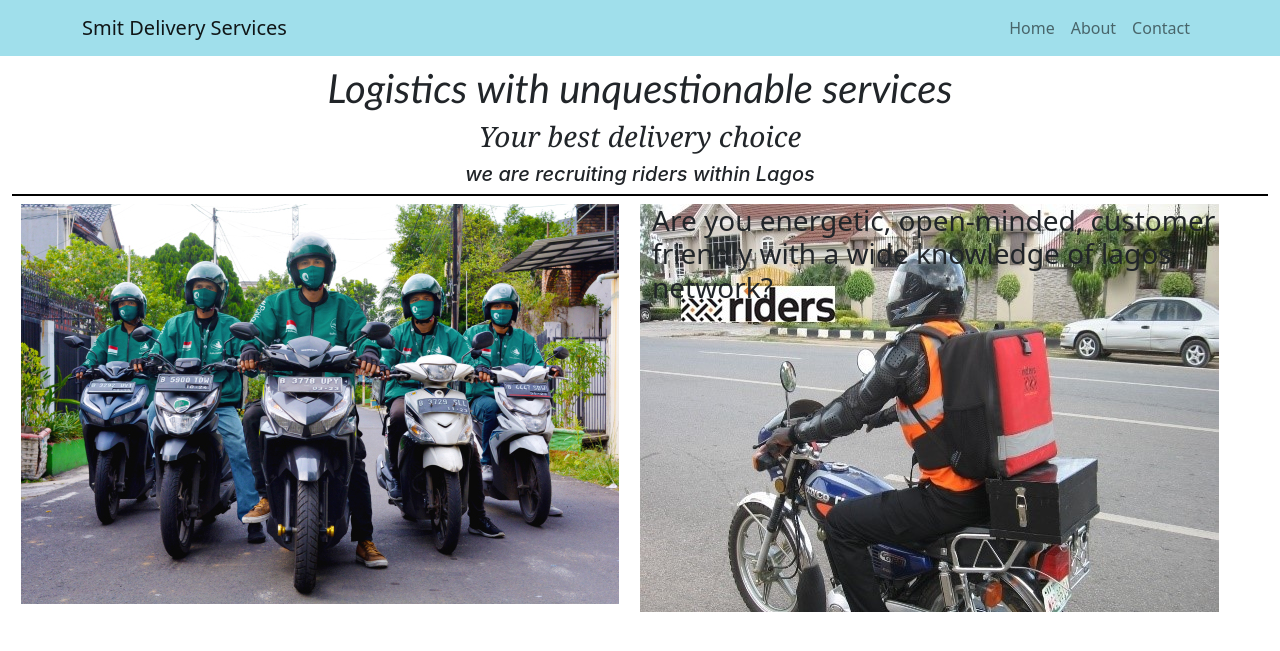
Repository: smit1298/logistic
Page: /
An editor plug-in stored every save of this project. The page is shown before and after the next save, followed by the edit.
The browser window is 1280 px wide. The pictures show the whole page.
The project was rebuilt for these pictures with package versions that can differ from the ones it lists, and the page was loaded fresh each time.

Above is the page before, as saved 2021-10-04 08:41:26.

### public/index.html
<!DOCTYPE html>
<html lang="en">
  <head>
    <meta charset="utf-8" />
    <link rel="icon" href="%PUBLIC_URL%/favicon.ico" />
    <meta name="viewport" content="width=device-width, initial-scale=1" />
    <meta name="theme-color" content="#000000" />
    <meta
      name="description"
      content="Web site created using create-react-app"
    />
    <link rel="apple-touch-icon" href="%PUBLIC_URL%/logo192.png" />

    <link rel="manifest" href="%PUBLIC_URL%/manifest.json" />

    <title>Smit Delivery Services</title>
  </head>
  <body>
    <noscript>You need to enable JavaScript to run this app.</noscript>
    <div id="root"></div>

  </body>
</html>

### src/App.js
// import './App.css';
import Navs from './components/navs/Navs';
import RecruitForm from './components/recruit/RecruitForm';

function App() {
  return (
    <div>
      <Navs />
      <RecruitForm />
    </div>
  );
}

export default App;

### src/components/Navs/Navs.jsx
import React from "react";
import "bootstrap/dist/css/bootstrap.css";
import { Navbar, Container, Nav } from "react-bootstrap";
import './Navs.css'

 const Navs = () => {
  return (
    <div>
      <Navbar id='navbar' bg="light" expand="lg">
        <Container>
          <Navbar.Brand href="#home">Smit Delivery Services</Navbar.Brand>
          <Navbar.Toggle aria-controls="basic-navbar-nav" />
          <Navbar.Collapse id="basic-navbar-nav">
            <Nav className="ms-auto">
              <Nav.Link href="#home">Home</Nav.Link>
              <Nav.Link href="#about">About </Nav.Link>
              <Nav.Link href="#contact">Contact </Nav.Link>
            </Nav>
          </Navbar.Collapse>
        </Container>
      </Navbar>
    </div>
  );
};

export default Navs;

### src/components/recruit/RecruitForm.jsx
import React from "react";
import "bootstrap/dist/css/bootstrap.css";
import { Row, Col} from "react-bootstrap";
import Left from "../images/background.jpg";
import "./RecruitForm.css";

const recruitForm = () => {
  return (
    <div className="container-fluid" id="recruit">
      <div className="mt-2 justify-content-md-center" id="top">
        <h1 className="text-center">Logistics with unquestionable services</h1>
        <h3 className="text-center">Your best delivery choice</h3>
        <h5 className="text-center">we are recruiting riders within Lagos</h5>
      </div>
      <Row className="mt-2">
        <Col className=" mb-2 ms-auto text-center">
          <img src={Left} alt="we are recruiting riders" />
        </Col>
        <Col className="me-auto" id='vaccancy'>

            <h3>Are you energetic, open-minded, customer friendly with a wide knowledge of lagos network?</h3>
          {/* <Form className="me-auto" >
            <Row className="mb-3">
              <Form.Group as={Col} controlId="formGridName">
                <Form.Label>First Name</Form.Label>
                <Form.Control type="name" placeholder="Enter firstname" />
              </Form.Group>
              <Form.Group as={Col} controlId="formGridName">
                <Form.Label>Last Name</Form.Label>
                <Form.Control type="name" placeholder="Enter lastname" />
              </Form.Group>
            </Row>
            <Form.Group className="mb-3" controlId="formGridAddress1">
              <Form.Label>Address</Form.Label>
              <Form.Control placeholder="12 Smit St, ikeja, Lagos Mainland" />
            </Form.Group>
            <Form.Group className="mb-3" controlId="formGridPhone">
              <Form.Label>Phone Number</Form.Label>
              <Form.Control placeholder="Enter Your Phone number" />
            </Form.Group>

            <Form.Group>
              <p>Do you have a rider permit ?</p>
              <div class="form-check form-check-inline">
                <input
                  class="form-check-input"
                  type="radio"
                  name="inlineRadioOptions"
                  id="inlineRadio1"
                  value="option1"
                />
                <label class="form-check-label" for="inlineRadio1">
                  Yes
                </label>
              </div>
              <div class="form-check form-check-inline">
                <input
                  class="form-check-input"
                  type="radio"
                  name="inlineRadioOptions"
                  id="inlineRadio2"
                  value="option2"
                />
                <label class="form-check-label" for="inlineRadio2">
                  No
                </label>
              </div>
            </Form.Group>
            <br />
            <Button variant="primary" type="submit">
              Submit
            </Button>
          </Form> */}
        </Col>
      </Row>
    </div>
  );
};

export default recruitForm;

### src/components/Navs/Navs.css
#navbar{
    background-color: rgb(160, 223, 235) !important;
    font-weight: 400 !important;
}

### src/components/recruit/RecruitForm.css
body,
html {
  height: 100% !important;
}


#top {
    border-bottom: 2px solid black;
  height: 100% !important;
  background-size: cover;
  /* border: 1px solid black; */
  /* border-radius: 10px; */
}

#top h1{
font-family: 'Gill Sans', 'Gill Sans MT', 'Calibri', 'Trebuchet MS', sans-serif !important;
font-style: italic !important;
}
#top h3{
font-family:'Georgia', 'Times New Roman', 'Times, serif';
font-style: italic !important;
}
#top h5{
font-family:'-apple-system', 'BlinkMacSystemFont', 'Segoe UI', 'Roboto', 'Oxygen' !important;
font-style: italic !important;
}

#vaccancy{
  background-image: url("../images/rider.jpg");
  background-repeat: no-repeat;

}

Loaded but not shown: src/index.js (common file); src/index.css (common file); src/reportWebVitals.js (common file)

After the next save:
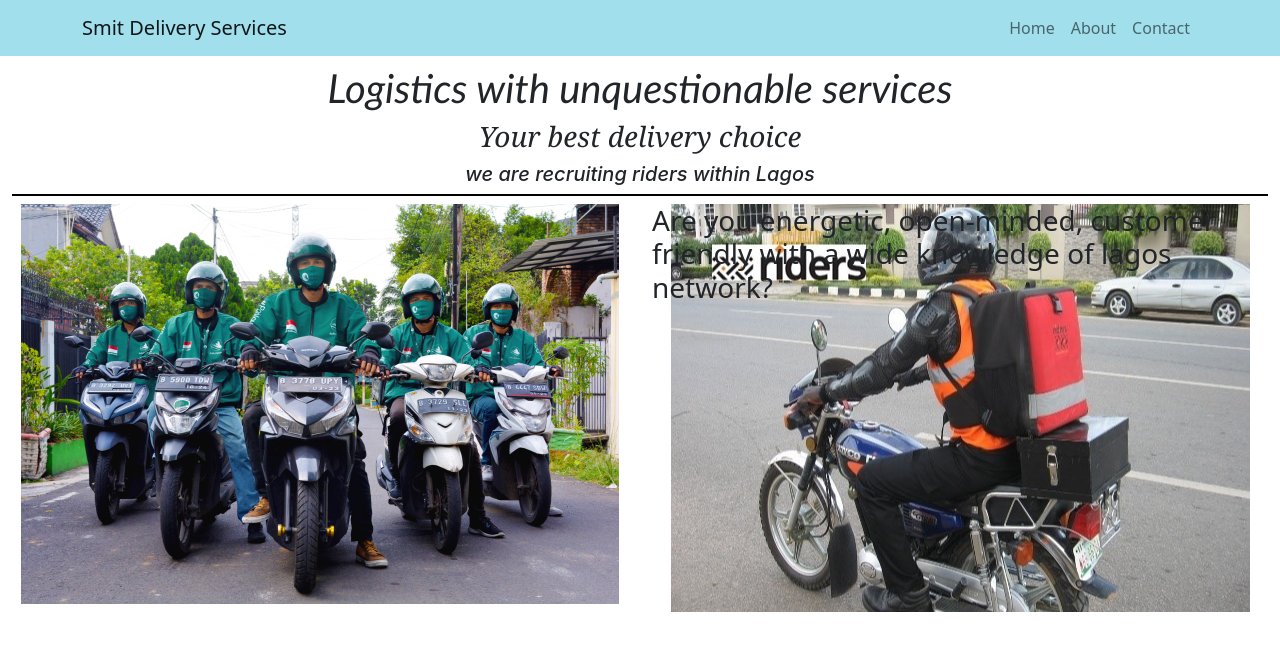
Saved 4 s later.
--- a/src/components/recruit/RecruitForm.css
+++ b/src/components/recruit/RecruitForm.css
@@ -28,5 +28,6 @@ font-style: italic !important;
 #vaccancy{
   background-image: url("../images/rider.jpg");
   background-repeat: no-repeat;
+  background-position: center;
 
 }
